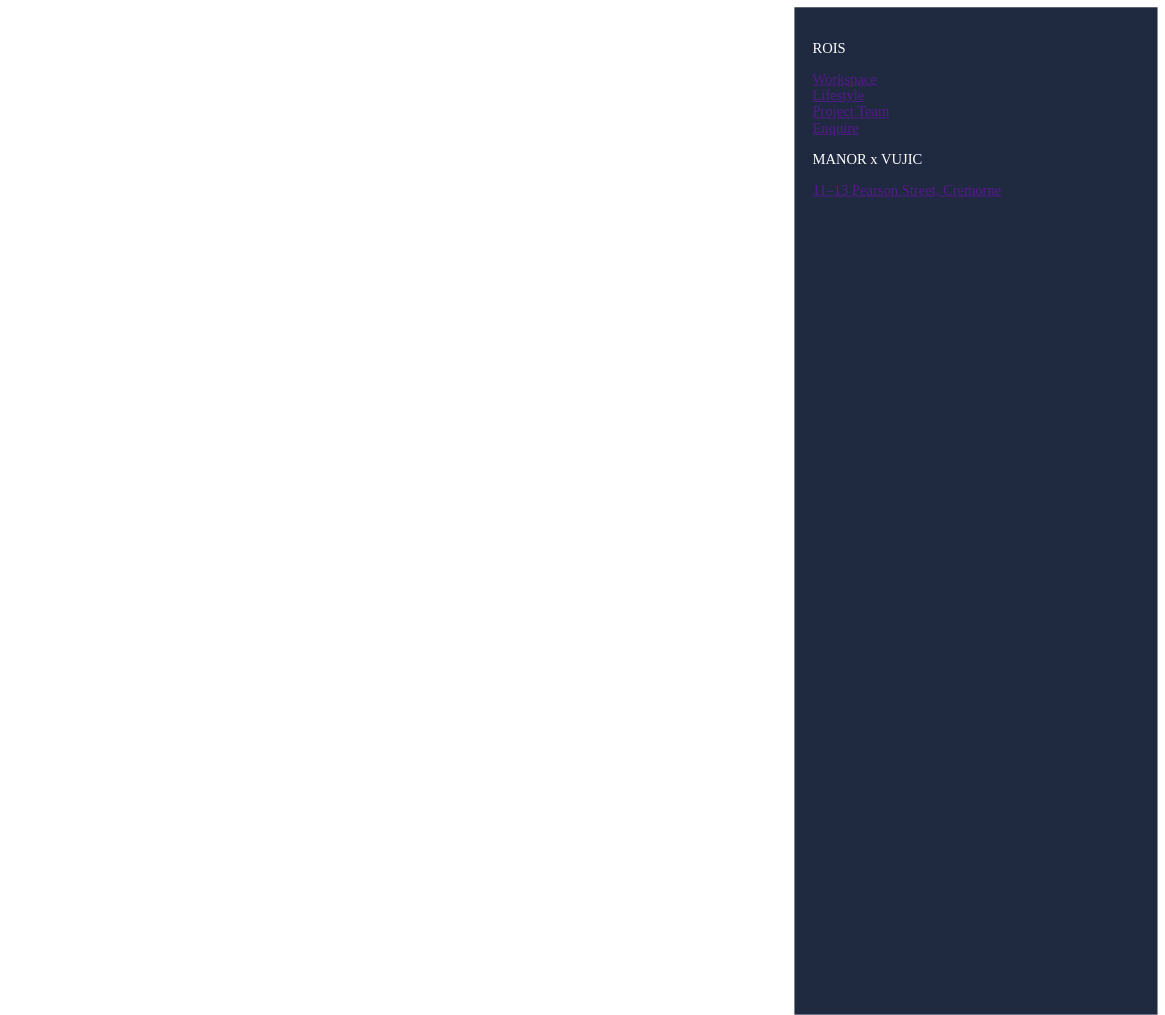
Repository: ThanhMai6507/Rois-Landing-Page
Page: index.html
An editor plug-in stored every save of this project. The page is shown before and after a run of saves, followed by the edit.
The browser window is 1280 px wide. The pictures show the whole page, at 91% of full size.

Above is the page before, as saved 2022-10-31 10:47:49.

### index.html
<!DOCTYPE html>
<html lang="en">
<head>
    <meta charset="UTF-8">
    <meta http-equiv="X-UA-Compatible" content="IE=edge">
    <meta name="viewport" content="width=device-width, initial-scale=1.0">
    <link rel="stylesheet" href="./style.css">
    <link rel="stylesheet" href="css/themify-icons.css">
    <title>Document</title>
</head>
<body>
    <div class="main">
        <div class="first_page">
            <div class="menu">
                <p class="title">ROIS</p>
                <div class="menu-list">
                    <a href="" class="menu-item">Workspace</a><br>
                    <a href="" class="menu-item">Lifestyle</a><br>
                    <a href="" class="menu-item">Project Team</a><br>
                    <a href="" class="menu-item">Enquire</a><br>
                </div>
                <footer class="menu-footer">
                    <p>MANOR x VUJIC</p>
                    <a href="">11–13 Pearson Street, Cremorne</a>
                </footer>
            </div>
        </div>
    </div>
</body>
</html>

### style.css
.first_page {
    width: 100%;
    height: 1087px;
    background-color: #fff;
    position: relative;
    display: flex;
    justify-content: end;
}

.menu {
    position: absolute;
    width: 30%;
    height: 1087px;
    background-color: #1F2940;
    color: #FEFEFE;
    padding-left: 20px;
    padding-top: 20px;
}

Loaded but not shown: asset/themify-icons/themify-icons.css (common file)

After the next 2 saves:
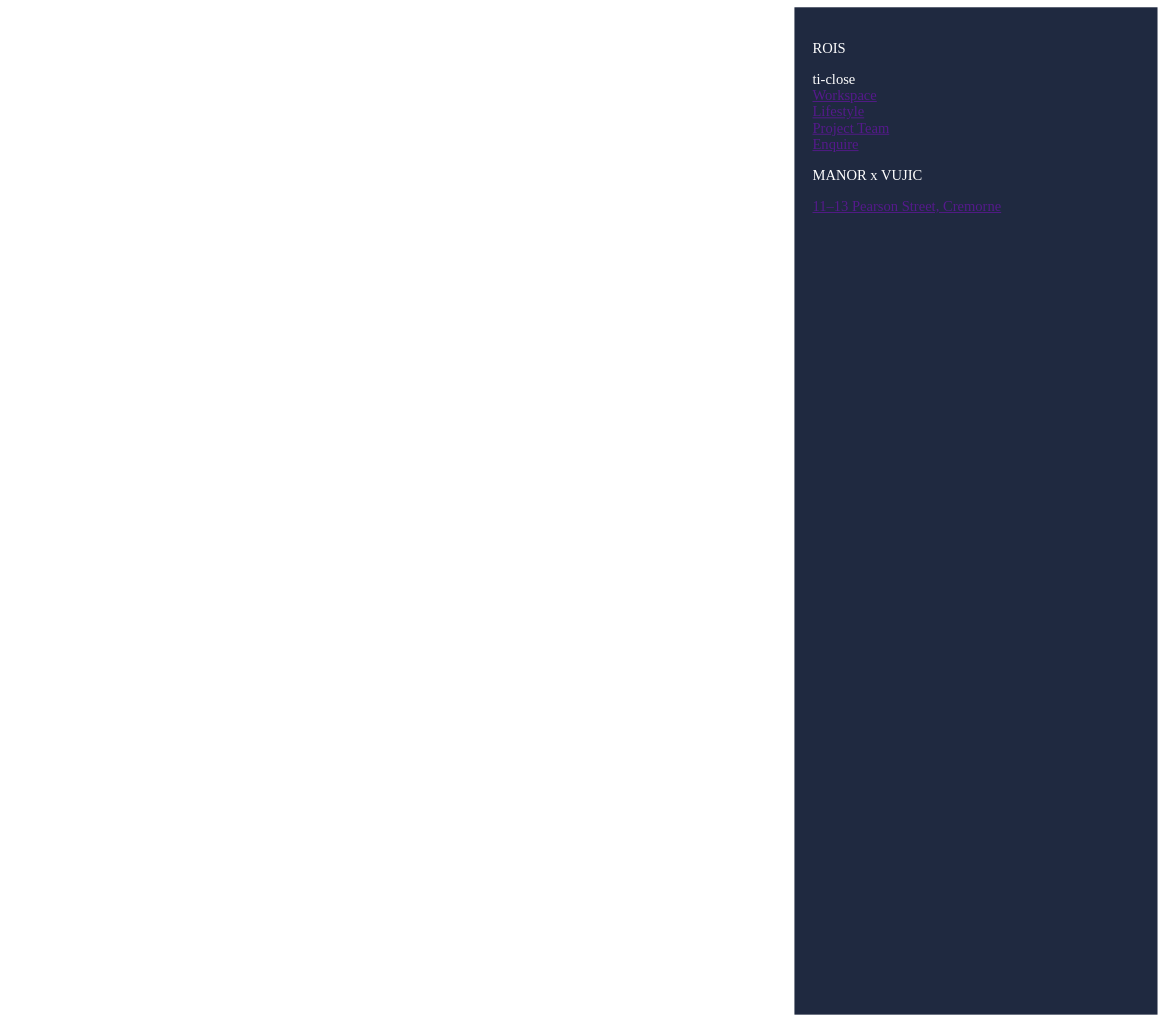
The 2 saves are shown as one change because they came seconds apart.
The last was saved 46 s later.
--- a/index.html
+++ b/index.html
@@ -13,6 +13,7 @@
         <div class="first_page">
             <div class="menu">
                 <p class="title">ROIS</p>
+                ti-close
                 <div class="menu-list">
                     <a href="" class="menu-item">Workspace</a><br>
                     <a href="" class="menu-item">Lifestyle</a><br>

After the save that followed:
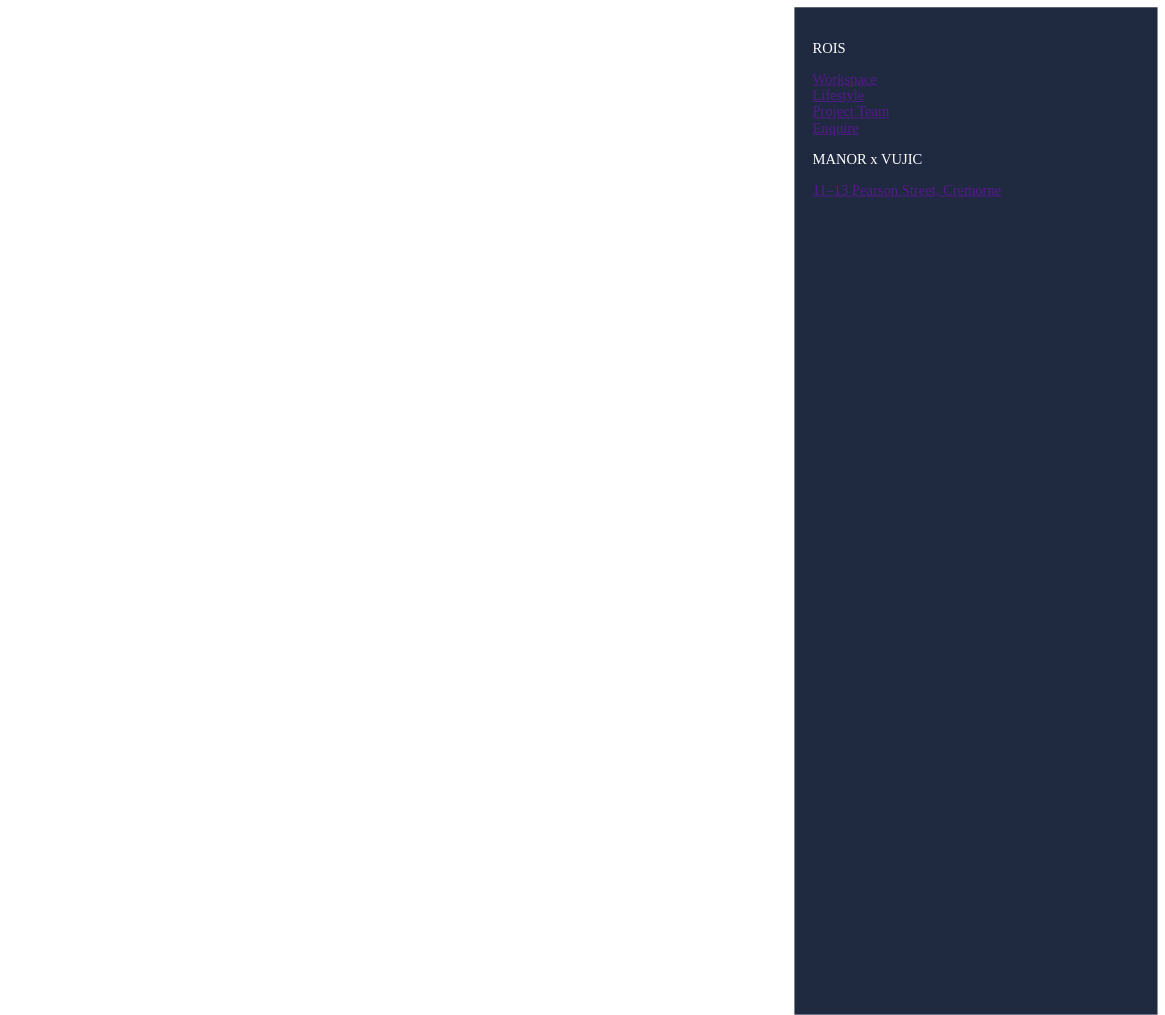
Saved 4 s later.
--- a/index.html
+++ b/index.html
@@ -13,7 +13,7 @@
         <div class="first_page">
             <div class="menu">
                 <p class="title">ROIS</p>
-                ti-close
+
                 <div class="menu-list">
                     <a href="" class="menu-item">Workspace</a><br>
                     <a href="" class="menu-item">Lifestyle</a><br>
